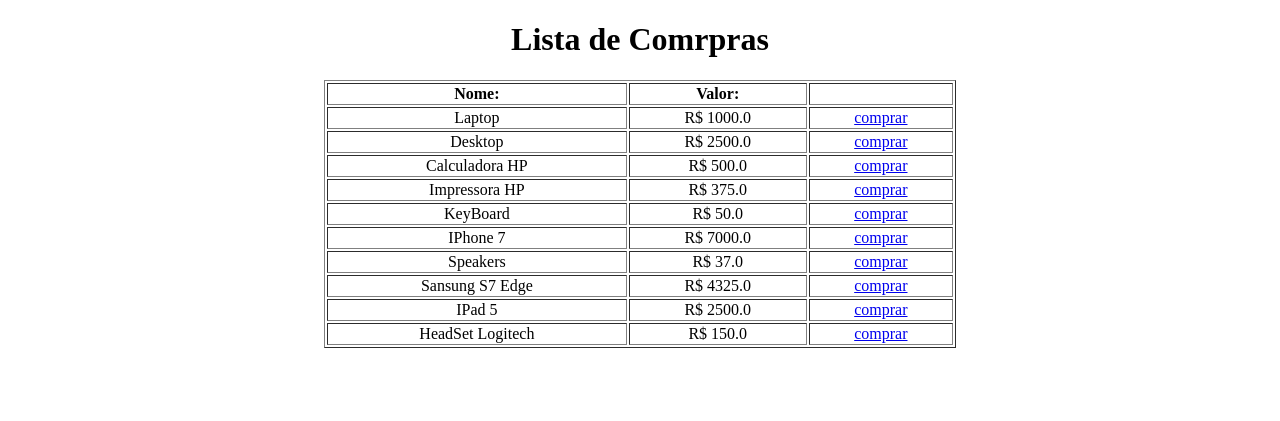
Repository: yoda4ever/playground
Page: http://localhost/CarrinhoDeCompras/Listar
The author's editor kept a copy of each file at every save. The page is drawn from the files as they stood at one save, then again after the next save.
The browser window is 1280 px wide. The pictures show the whole page.
The page is served by Tomcat 9. Other server files are loaded and not shown.

Above is the page before, as saved 2017-05-06 11:38:53.

### CarrinhoDeCompras/WebContent/produto.jsp
<%@page import="entidade.Produto"%>
<%@page import="java.util.Collection"%>
<%@page import="java.util.Map"%>
<%@ page language="java" contentType="text/html; charset=ISO-8859-1"
    pageEncoding="ISO-8859-1"%>
<!DOCTYPE html PUBLIC "-//W3C//DTD HTML 4.01 Transitional//EN" "http://www.w3.org/TR/html4/loose.dtd">
<html>
<head>
<meta http-equiv="Content-Type" content="text/html; charset=ISO-8859-1">
<title>Lista de Produtos</title>
</head>
<body>

	<%
		 Collection<Produto> produtos = (Collection<Produto>)request.getAttribute("produtos");
	%>

	<center><h1><strong>Lista de Comrpras</strong></h1></center>

	<center>
		<table border="1" width="50%">
			<tr>
				<td align="center"><strong>Nome:</strong></td>
				<td align="center"><strong>Valor:</strong></td>
				<td align="center"></tr>
			</tr>

		<% for(Produto p : produtos) { %>
			<tr>
				<td align="center"> <%=p.getNome() %></td>
				<td align="center">R$ <%= p.getValor() %></td>
				<td align="center"><a href="Adicionar?id=<%=p.getId() %>">comprar</a></td>
			</tr>

		<%} %>
		</table>
	</center>




</body>
</html>

### CarrinhoDeCompras/src/servlet/ListarServlet.java
package servlet;

import java.io.IOException;
import javax.servlet.ServletException;
import javax.servlet.annotation.WebServlet;
import javax.servlet.http.HttpServlet;
import javax.servlet.http.HttpServletRequest;
import javax.servlet.http.HttpServletResponse;

import entidade.Produto;

@WebServlet("/Listar")
public class ListarServlet extends HttpServlet {

	protected void doGet(HttpServletRequest request, HttpServletResponse response) throws ServletException, IOException {

		request.setAttribute("produtos", Produto.getProdutos());

		request.getRequestDispatcher("/produto.jsp").forward(request, response);

	}

}

### CarrinhoDeCompras/src/entidade/Produto.java
package entidade;

import java.util.Collection;
import java.util.LinkedHashMap;
import java.util.Map;

public class Produto {

	int id;
	String nome;
	double valor;


	private static Map<Integer,Produto>produtos;

	static{
		produtos = new LinkedHashMap<Integer,Produto>();
		produtos.put(1,  new Produto(1, "Laptop",1000));
		produtos.put(2,  new Produto(2, "Desktop",2500));
		produtos.put(3,  new Produto(3, "Calculadora HP",500));
		produtos.put(4,  new Produto(4," Impressora HP",375));
		produtos.put(5,  new Produto(5," KeyBoard",50));
		produtos.put(6,  new Produto(6," IPhone 7",7000));
		produtos.put(7,  new Produto(7," Speakers",37));
		produtos.put(8,  new Produto(8," Sansung S7 Edge",4325));
		produtos.put(9,  new Produto(9," IPad 5",2500));
		produtos.put(10, new Produto(10,"HeadSet Logitech",150));
	}


	private Produto(int i, String n, double v){
		this.id    = i;
		this.nome  = n;
		this.valor = v;
	}


	public int getId(){
		return this.id;
	}

	public String getNome(){
		return this.nome;
	}

	public double getValor(){
		return this.valor;
	}

	public static Collection<Produto> getProdutos(){
		return produtos.values();
	}

	public static Produto getProdutoById(int id){
		return produtos.get(id);
	}



}

After the next save:
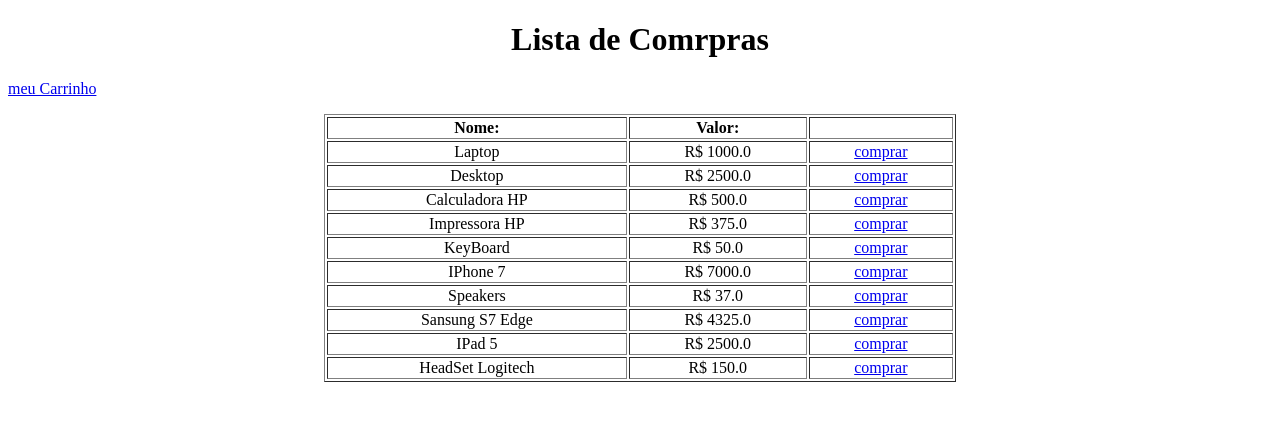
Saved 5 min 39 s later.
--- a/CarrinhoDeCompras/WebContent/produto.jsp
+++ b/CarrinhoDeCompras/WebContent/produto.jsp
@@ -15,7 +15,14 @@
 		 Collection<Produto> produtos = (Collection<Produto>)request.getAttribute("produtos");
 	%>
 
+
 	<center><h1><strong>Lista de Comrpras</strong></h1></center>
+
+	<div style="align:center;">
+		<p>
+			<a href="/Carrinho">meu Carrinho</a>
+		</p>
+	</div>
 
 	<center>
 		<table border="1" width="50%">
